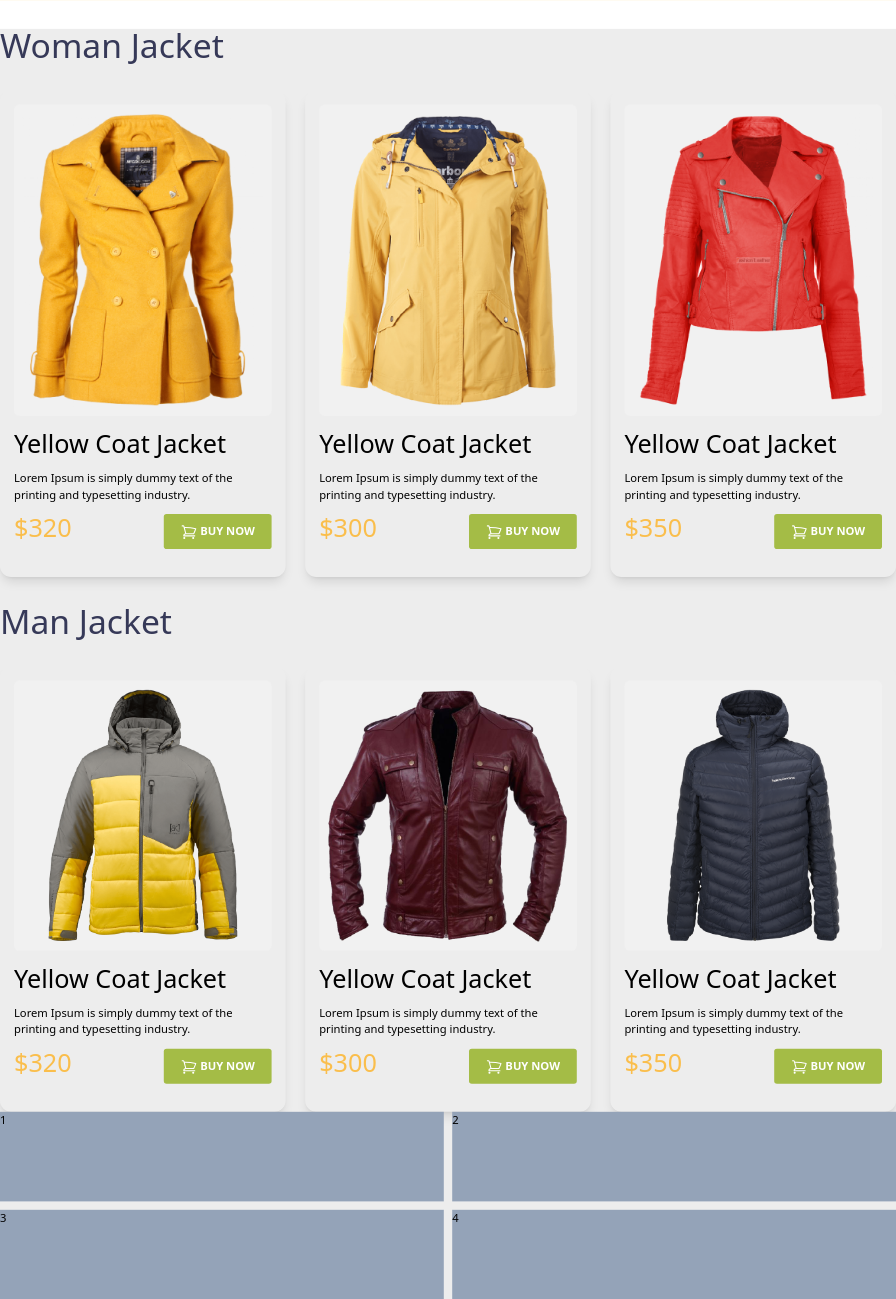
Repository: zjria/penguin-e-commerce-fashion
Page: index.html
These files come from the project's save history. The page is drawn as it stood at one moment and after the next save; the edit follows.
The browser window is 1280 px wide. The pictures show the part of the page from y = 766 to 2686 px (the page is 2622 px tall before and 2686 px after), at 70% of full size.
Some web libraries are served in a nearby version.

Above is the page before, as saved 2022-10-07 09:42:01.

### index.html
<!DOCTYPE html>
<html lang="en">

<head>
    <meta charset="UTF-8">
    <meta http-equiv="X-UA-Compatible" content="IE=edge">
    <meta name="viewport" content="width=device-width, initial-scale=1.0">
    <title>Penguin E-commerce</title>
    <!-- Google Fonts Link -->
    <link rel="preconnect" href="https://fonts.googleapis.com">
    <link rel="preconnect" href="https://fonts.gstatic.com" crossorigin>
    <link href="https://fonts.googleapis.com/css2?family=Bebas+Neue&family=Roboto:wght@100;300;400;500&display=swap"
        rel="stylesheet">

    <!-- Tailwind CSS CDN link -->
    <script src="https://cdn.tailwindcss.com"></script>
    <script>
        tailwind.config = {
            theme: {
                extend: {
                    colors: {
                        clifford: '#da373d',
                        header_bg: '#FFFBF0',
                        main_text_color: '#363958',
                        price_color: '#FABE4C',
                        card_bg: '#F1F1F1',
                        full_card_bg: '#FFFFFF',
                        main_color: '#EDEDED'
                    }
                }
            }
        }
    </script>
</head>

<body>
    <h2 class="bg-purple-300 text-center font-header_text">Do selfless favor to people</h2>


    <!-- Header Section -->
    <header class="bg-header_bg pb-32 pt-24">
        <section class="container mx-auto uppercase sm:flex items-center justify-around">
            <div class="space-y-3">
                <h1 class="text-2xl sm:text-5xl font-bold font-header_text">
                    <span class="text-yellow-400">Be the Penguins</span> <br>
                    <span class="text-slate-600">of Winter</span>
                </h1>
                <p class="font-anther_text">Lorem Ipsum is simply dummy text of the printing
                    and typesetting industry.</p>
                <button class="uppercase bg-[#A4BC46] py-3 px-6 text-white font-semibold rounded font-anther_text"> <svg
                        xmlns="http://www.w3.org/2000/svg" fill="none" viewBox="0 0 24 24" stroke-width="1.5"
                        stroke="currentColor" class="w-6 h-6 inline text-white">
                        <path stroke-linecap="round" stroke-linejoin="round"
                            d="M2.25 3h1.386c.51 0 .955.343 1.087.835l.383 1.437M7.5 14.25a3 3 0 00-3 3h15.75m-12.75-3h11.218c1.121-2.3 2.1-4.684 2.924-7.138a60.114 60.114 0 00-16.536-1.84M7.5 14.25L5.106 5.272M6 20.25a.75.75 0 11-1.5 0 .75.75 0 011.5 0zm12.75 0a.75.75 0 11-1.5 0 .75.75 0 011.5 0z" />
                    </svg>
                    Buy Now</button>
            </div>
            <div class="pt-8 sm:pt-8">
                <img class=" w-1/2 sm:w-full" src="images/model.png" alt="">
            </div>
        </section>
    </header>

    <!-- Main Section Start -->
    <main class="bg-main_color">
        <!-- Woman Jacket -->
        <section class="container mx-auto">
            <h2 class="text-5xl my-10 text-main_text_color font-header_text">Woman Jacket</h2>
            <div class="grid md:grid-cols-2 lg:grid-cols-3 gap-7">
                <div class="full_card_bg ">
                    <div class="rounded-2xl shadow-lg p-5">
                        <div class="p-3 bg-card_bg rounded-lg">
                            <img src="images/jacket-1.png" alt="">
                        </div>
                        <div class="py-3">
                            <h3 class="text-4xl py-2">Yellow Coat Jacket</h3>
                            <p class="py-2">Lorem Ipsum is simply dummy text of the
                                printing and typesetting industry.</p>
                            <div class="flex justify-between py-2">
                                <h3 class="text-4xl text-price_color">$320</h3>
                                <button
                                    class="uppercase bg-[#A4BC46] py-3 px-6 text-white font-semibold rounded font-anther_text">
                                    <svg xmlns="http://www.w3.org/2000/svg" fill="none" viewBox="0 0 24 24"
                                        stroke-width="1.5" stroke="currentColor" class="w-6 h-6 inline text-white">
                                        <path stroke-linecap="round" stroke-linejoin="round"
                                            d="M2.25 3h1.386c.51 0 .955.343 1.087.835l.383 1.437M7.5 14.25a3 3 0 00-3 3h15.75m-12.75-3h11.218c1.121-2.3 2.1-4.684 2.924-7.138a60.114 60.114 0 00-16.536-1.84M7.5 14.25L5.106 5.272M6 20.25a.75.75 0 11-1.5 0 .75.75 0 011.5 0zm12.75 0a.75.75 0 11-1.5 0 .75.75 0 011.5 0z" />
                                    </svg>
                                    Buy Now</button>
                            </div>
                        </div>
                    </div>
                </div>
                <div class="full_card_bg ">
                    <div class="rounded-2xl shadow-lg p-5">
                        <div class="p-3 bg-card_bg rounded-lg">
                            <img src="images/jacket-2.png" alt="">
                        </div>
                        <div class="py-3">
                            <h3 class="text-4xl py-2">Yellow Coat Jacket</h3>
                            <p class="py-2">Lorem Ipsum is simply dummy text of the
                                printing and typesetting industry.</p>
                            <div class="flex justify-between py-2">
                                <h3 class="text-4xl text-price_color">$300</h3>
                                <button
                                    class="uppercase bg-[#A4BC46] py-3 px-6 text-white font-semibold rounded font-anther_text">
                                    <svg xmlns="http://www.w3.org/2000/svg" fill="none" viewBox="0 0 24 24"
                                        stroke-width="1.5" stroke="currentColor" class="w-6 h-6 inline text-white">
                                        <path stroke-linecap="round" stroke-linejoin="round"
                                            d="M2.25 3h1.386c.51 0 .955.343 1.087.835l.383 1.437M7.5 14.25a3 3 0 00-3 3h15.75m-12.75-3h11.218c1.121-2.3 2.1-4.684 2.924-7.138a60.114 60.114 0 00-16.536-1.84M7.5 14.25L5.106 5.272M6 20.25a.75.75 0 11-1.5 0 .75.75 0 011.5 0zm12.75 0a.75.75 0 11-1.5 0 .75.75 0 011.5 0z" />
                                    </svg>
                                    Buy Now</button>
                            </div>
                        </div>
                    </div>
                </div>
                <div class="full_card_bg ">
                    <div class="rounded-2xl shadow-lg p-5">
                        <div class="p-3 bg-card_bg rounded-lg">
                            <img src="images/jacket-3.png" alt="">
                        </div>
                        <div class="py-3">
                            <h3 class="text-4xl py-2">Yellow Coat Jacket</h3>
                            <p class="py-2">Lorem Ipsum is simply dummy text of the
                                printing and typesetting industry.</p>
                            <div class="flex justify-between py-2">
                                <h3 class="text-4xl text-price_color">$350</h3>
                                <button
                                    class="uppercase bg-[#A4BC46] py-3 px-6 text-white font-semibold rounded font-anther_text">
                                    <svg xmlns="http://www.w3.org/2000/svg" fill="none" viewBox="0 0 24 24"
                                        stroke-width="1.5" stroke="currentColor" class="w-6 h-6 inline text-white">
                                        <path stroke-linecap="round" stroke-linejoin="round"
                                            d="M2.25 3h1.386c.51 0 .955.343 1.087.835l.383 1.437M7.5 14.25a3 3 0 00-3 3h15.75m-12.75-3h11.218c1.121-2.3 2.1-4.684 2.924-7.138a60.114 60.114 0 00-16.536-1.84M7.5 14.25L5.106 5.272M6 20.25a.75.75 0 11-1.5 0 .75.75 0 011.5 0zm12.75 0a.75.75 0 11-1.5 0 .75.75 0 011.5 0z" />
                                    </svg>
                                    Buy Now</button>
                            </div>
                        </div>
                    </div>
                </div>


            </div>

        </section>

        <!-- Man Jacket -->
        <section class="container mx-auto">
            <h2 class="text-5xl my-10 text-main_text_color font-header_text">Man Jacket</h2>
            <div class="grid md:grid-cols-2 lg:grid-cols-3 gap-7">
                <div class="full_card_bg ">
                    <div class="rounded-2xl shadow-lg p-5">
                        <div class="p-3 bg-card_bg rounded-lg">
                            <img src="images/jacket-4.png" alt="">
                        </div>
                        <div class="py-3">
                            <h3 class="text-4xl py-2">Yellow Coat Jacket</h3>
                            <p class="py-2">Lorem Ipsum is simply dummy text of the
                                printing and typesetting industry.</p>
                            <div class="flex justify-between py-2">
                                <h3 class="text-4xl text-price_color">$320</h3>
                                <button
                                    class="uppercase bg-[#A4BC46] py-3 px-6 text-white font-semibold rounded font-anther_text">
                                    <svg xmlns="http://www.w3.org/2000/svg" fill="none" viewBox="0 0 24 24"
                                        stroke-width="1.5" stroke="currentColor" class="w-6 h-6 inline text-white">
                                        <path stroke-linecap="round" stroke-linejoin="round"
                                            d="M2.25 3h1.386c.51 0 .955.343 1.087.835l.383 1.437M7.5 14.25a3 3 0 00-3 3h15.75m-12.75-3h11.218c1.121-2.3 2.1-4.684 2.924-7.138a60.114 60.114 0 00-16.536-1.84M7.5 14.25L5.106 5.272M6 20.25a.75.75 0 11-1.5 0 .75.75 0 011.5 0zm12.75 0a.75.75 0 11-1.5 0 .75.75 0 011.5 0z" />
                                    </svg>
                                    Buy Now</button>
                            </div>
                        </div>
                    </div>
                </div>
                <div class="full_card_bg ">
                    <div class="rounded-2xl shadow-lg p-5">
                        <div class="p-3 bg-card_bg rounded-lg">
                            <img src="images/jacket-5.png" alt="">
                        </div>
                        <div class="py-3">
                            <h3 class="text-4xl py-2">Yellow Coat Jacket</h3>
                            <p class="py-2">Lorem Ipsum is simply dummy text of the
                                printing and typesetting industry.</p>
                            <div class="flex justify-between py-2">
                                <h3 class="text-4xl text-price_color">$300</h3>
                                <button
                                    class="uppercase bg-[#A4BC46] py-3 px-6 text-white font-semibold rounded font-anther_text">
                                    <svg xmlns="http://www.w3.org/2000/svg" fill="none" viewBox="0 0 24 24"
                                        stroke-width="1.5" stroke="currentColor" class="w-6 h-6 inline text-white">
                                        <path stroke-linecap="round" stroke-linejoin="round"
                                            d="M2.25 3h1.386c.51 0 .955.343 1.087.835l.383 1.437M7.5 14.25a3 3 0 00-3 3h15.75m-12.75-3h11.218c1.121-2.3 2.1-4.684 2.924-7.138a60.114 60.114 0 00-16.536-1.84M7.5 14.25L5.106 5.272M6 20.25a.75.75 0 11-1.5 0 .75.75 0 011.5 0zm12.75 0a.75.75 0 11-1.5 0 .75.75 0 011.5 0z" />
                                    </svg>
                                    Buy Now</button>
                            </div>
                        </div>
                    </div>
                </div>
                <div class="full_card_bg ">
                    <div class="rounded-2xl shadow-lg p-5">
                        <div class="p-3 bg-card_bg rounded-lg">
                            <img src="images/jacket-6.png" alt="">
                        </div>
                        <div class="py-3">
                            <h3 class="text-4xl py-2">Yellow Coat Jacket</h3>
                            <p class="py-2">Lorem Ipsum is simply dummy text of the
                                printing and typesetting industry.</p>
                            <div class="flex justify-between py-2">
                                <h3 class="text-4xl text-price_color">$350</h3>
                                <button
                                    class="uppercase bg-[#A4BC46] py-3 px-6 text-white font-semibold rounded font-anther_text">
                                    <svg xmlns="http://www.w3.org/2000/svg" fill="none" viewBox="0 0 24 24"
                                        stroke-width="1.5" stroke="currentColor" class="w-6 h-6 inline text-white">
                                        <path stroke-linecap="round" stroke-linejoin="round"
                                            d="M2.25 3h1.386c.51 0 .955.343 1.087.835l.383 1.437M7.5 14.25a3 3 0 00-3 3h15.75m-12.75-3h11.218c1.121-2.3 2.1-4.684 2.924-7.138a60.114 60.114 0 00-16.536-1.84M7.5 14.25L5.106 5.272M6 20.25a.75.75 0 11-1.5 0 .75.75 0 011.5 0zm12.75 0a.75.75 0 11-1.5 0 .75.75 0 011.5 0z" />
                                    </svg>
                                    Buy Now</button>
                            </div>
                        </div>
                    </div>
                </div>
            </div>
        </section>
        <!-- ‍Shopping Section Start -->
        <section>
            <div class="grid grid-cols-2 gap-3">
                <div class="h-32 bg-slate-400">1</div>
                <div class="h-32 bg-slate-400">2</div>
                <div class="h-32 bg-slate-400">3</div>
                <div class="h-32 bg-slate-400">4</div>
            </div>
        </section>
    </main>

</body>

</html>

After the next save:
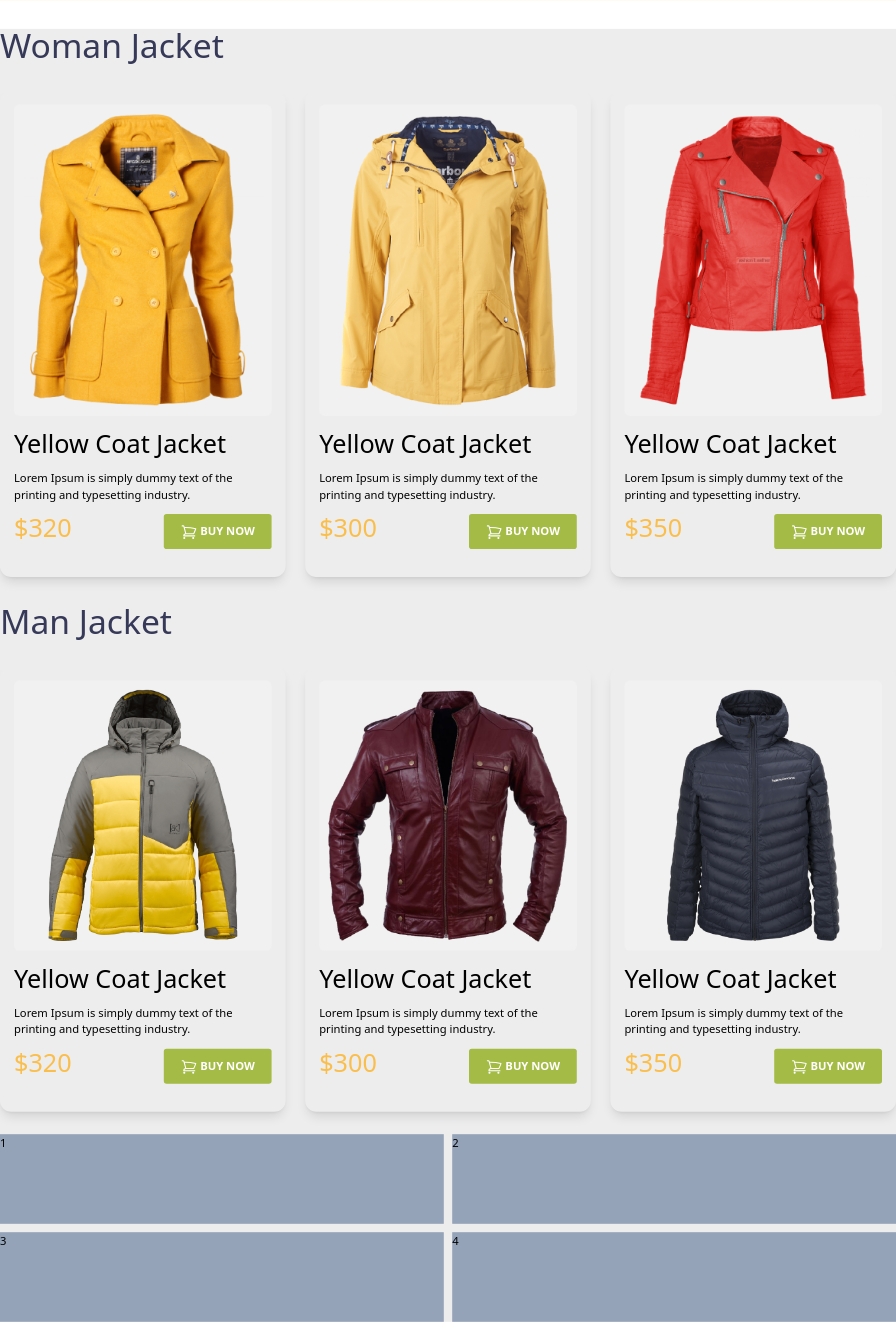
Saved 31 s later.
--- a/index.html
+++ b/index.html
@@ -218,7 +218,7 @@
             </div>
         </section>
         <!-- ‍Shopping Section Start -->
-        <section>
+        <section class="my-8">
             <div class="grid grid-cols-2 gap-3">
                 <div class="h-32 bg-slate-400">1</div>
                 <div class="h-32 bg-slate-400">2</div>
